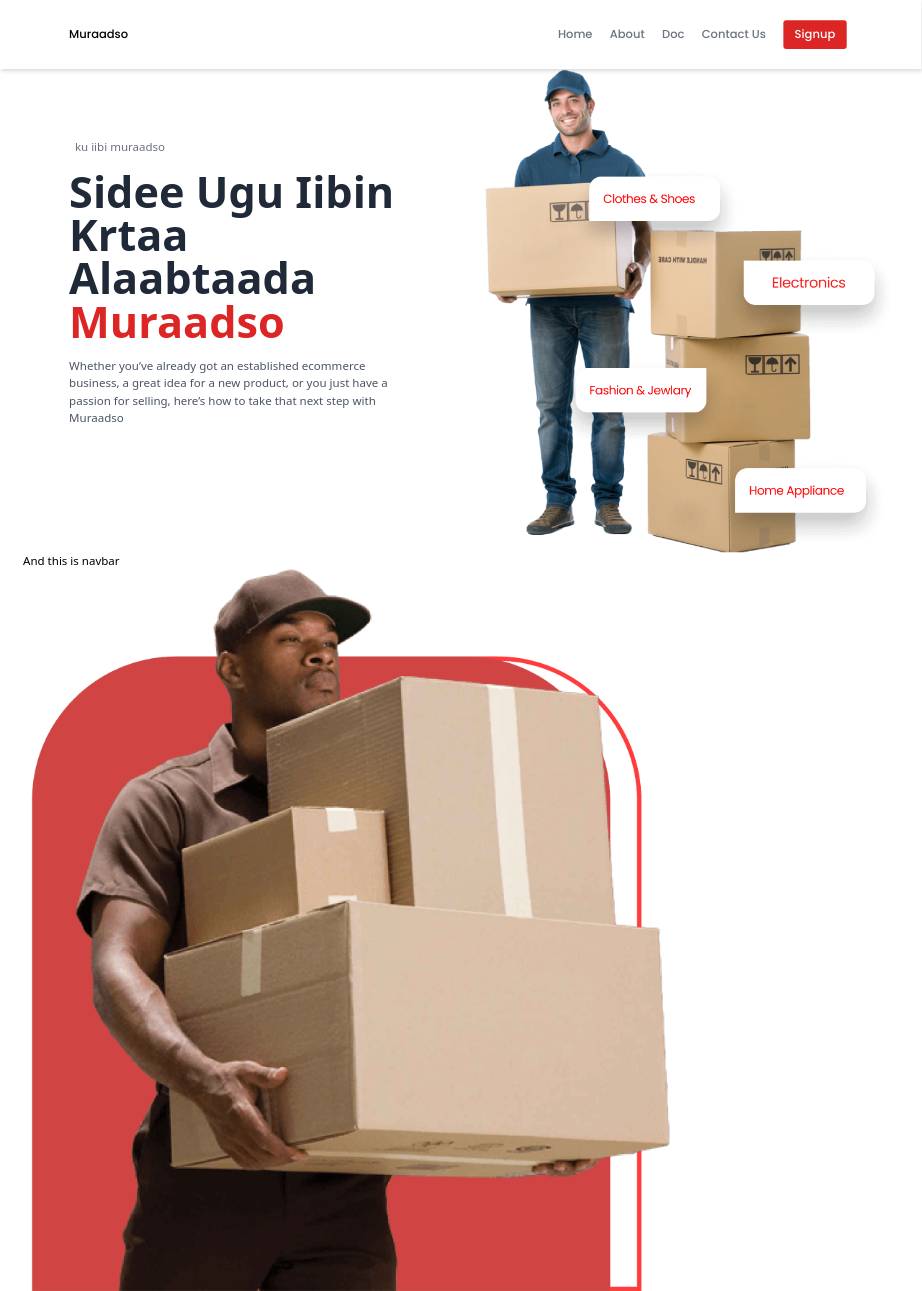
Repository: muraadso/Muraadso-Sellers
Page: /
An editor plug-in stored every save of this project. The page is shown before and after the next save, followed by the edit.
The browser window is 1280 px wide. The pictures show the whole page, at 72% of full size.
The project was rebuilt for these pictures with package versions that can differ from the ones it lists, and the page was loaded fresh each time. The framework's server and built-in components were replaced by stand-ins that run in the browser. Also part of the build but not shown: next.config.js.

Above is the page before, as saved 2021-12-05 19:33:02.

### pages/_app.js
import '../styles/globals.css'
 import 'tailwindcss/tailwind.css'
import { Layout } from '../components/Layout'


function MyApp({ Component, pageProps }) {
  return (
    <Layout>
      <Component {...pageProps} />
    </Layout>
  )
}

export default MyApp

### pages/index.js
import Head from 'next/head'
import Image from 'next/image'
import Navbar from '../components/Navbar'
import Hero from '../components/Hero'
import About from '../components/About'
import styles from '../styles/Home.module.css'


export default function Home() {
  return (
    <div className={styles.container}>
      <Head>
        <title>Muraadso Sellers</title>
        <meta name="description" content="Generated by create next app" />
        <link rel="icon" href="/favicon.ico" />
      </Head>
      <Hero />
      <About />
    </div>
  )
}

### styles/globals.css
@import url('https://fonts.googleapis.com/css2?family=Lato:ital,wght@0,300;0,400;0,700;0,900;1,700&family=Poppins:wght@200;300;400;500;600;700&display=swap');
html,
body {
  padding: 0;
  margin: 0;
}

a {
  color: inherit;
  text-decoration: none;
}

* {
  box-sizing: border-box;
}


.navbar {
  box-shadow: 2px 1px 7px rgba(0, 0, 0, 0.226);
  font-family: 'Poppins', sans-serif  ;
  font-weight: 500;

}
  .logo{
    font-family: 'Lato', sans-serif;
    font-weight: 700;
    color: rgb(233, 59, 59);
    font-size: 20px ;
  }

.nav{
}





@media screen and  (max-width: 415px){
  .nav{
    display: flex;
    color: blue;
    flex-direction: row;
  }
}




@tailwind base;
@tailwind components;
@tailwind utilities

### components/Layout.js
import Navbar from "./Navbar"
import Footer from "./Footer"

export const Layout = ({children}) => {
    return (
        <div className="layout">
            <Navbar />
                {children}
            <Footer />



        </div>
    )
}

### components/Navbar.jsx
import React, { useState } from "react";
import { HiOutlineMenuAlt2, HiOutlineMenuAlt3 } from "react-icons/hi";



export default function Navbar() {
  const [showNav, setShowNav] = useState(false);

  return (
    <nav className="sticky top-0 z-20 items-center justify-between bg-white px-14 md:px-24 md:py-5 navbar md:flex">
      <div className="flex items-center justify-between">
        <a href="#">
          <h2>Muraadso</h2>
        </a>


        {showNav ? (
          <HiOutlineMenuAlt3
            onClick={() => setShowNav(!showNav)}
            className="block w-10 h-10 p-2 cursor-pointer md:hidden"
          />
        ) : (
          <HiOutlineMenuAlt2
            onClick={() => setShowNav(!showNav)}
            className="block w-10 h-10 p-2 cursor-pointer md:hidden"
          />
        )}
      </div>

      <ul
        className={
          (showNav ? "left-0" : "-left-full") +
          " md:static fixed bottom-0 md:ml-24 top-14 md:flex md:space-x-6 items-center md:bg-transparent bg-white bg-opacity-90 md:w-auto w-10/12 md:text-gray-500 text-gray-800  md:space-y-0 space-y-5 p-2 transition-left nav"
        }
      >
        <a href="#"> Home</a>
        <a href="#"> About</a>
        <a href="#"> Doc</a>
        <a href="#"> Contact Us</a>
      <a className="px-4 py-2 text-white bg-red-600 rounded" href="">Signup</a>
      </ul>
    </nav>
  );
}

























// const Navbar = () => {
//     return (
//         <div>
//      <div className="sticky top-0 z-20 items-center justify-between bg-white md:flex navbar">
//          <a className="logo" href="#">Muraadso</a>
//          <nav className="fixed bottom-0 items-center w-10/12 p-2 space-y-5 text-white bg-gray-500 md:static top-12 md:flex md:space-x-7 md:bg-transparent bg-opacity-90 md:w-auto md:text-gray-500 md:space-y-0 transition-left nav">
//              <a className="hover:text-red-600" href="">Home</a>
//              <a className="hover:text-red-600" href="">About</a>
//              <a className="hover:text-red-600" href="">Doc</a>
//              <a className="hover:text-red-600" href="">Contact Us</a>
//          </nav>
//          <a href="#" className="px-4 py-2 text-white bg-red-600 rounded hover:bg-red-700 signup ">Signup</a>
//      </div>

//         </div>
//     )
// }

// export default Navbar

### components/Hero.jsx
const Hero = () => {
    return (
        <div className="grid grid-cols-2 hero">
                <div className="px-16 py-24 herotxt">
                    <h6 className="px-2 font-medium text-gray-500">ku iibi muraadso</h6>
                    <h1 className="my-5 md:font-bold md:text-gray-800 md:capitalize lg:text-6xl">sidee ugu iibin krtaa <br /> alaabtaada <span className="md:text-red-600">muraadso </span></h1>
                    <p className="text-gray-600" >Whether you’ve already got an established ecommerce business, a great idea for a new product, or you just have a passion for selling, here’s how to take that next step with Muraadso</p>
                </div>
                <div className="heroimg">
                    <img className="w-4/4 "  src="/images/heroimage.png" alt="heroimage" />
                </div>

        </div>
    )
}

export default Hero

### components/About.jsx

const About = () => {
    return (
        <div>
            <h2>And this is navbar</h2>
            <img src="/images/aboutimage.png" className="h-" alt="about image" />
        </div>
    )
}

export default About

### components/Footer.jsx
const Footer = () => {
    return (
        <div>
        </div>
    )
}

export default Footer

### tailwind.config.js
module.exports = {
   purge: ['./pages/**/*.{js,ts,jsx,tsx}', './components/**/*.{js,ts,jsx,tsx}'],
  darkMode: false, // or 'media' or 'class'
  theme: {
    extend: {
      transitionProperty: {
         'left': 'left',
        }
    },

  },
  variants: {
    extend: {},
  },
  plugins: [],
}

Loaded but not shown: pages/api/hello.js (common file); styles/Home.module.css (common file)

After the next save:
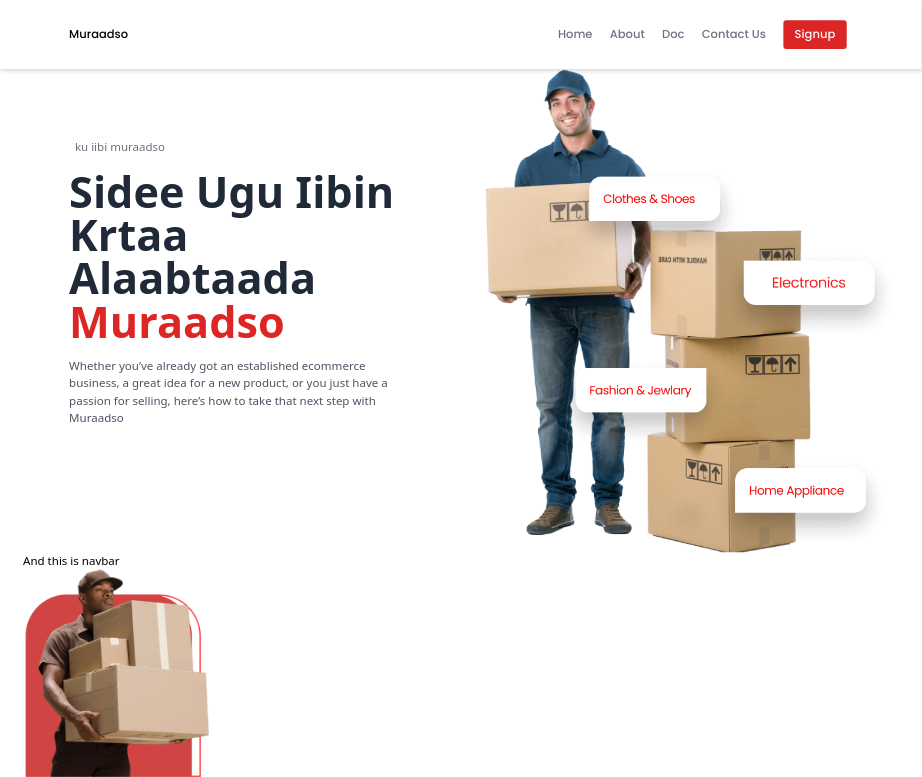
Saved 5 s later.
--- a/components/About.jsx
+++ b/components/About.jsx
@@ -3,7 +3,7 @@ const About = () => {
     return (
         <div>
             <h2>And this is navbar</h2>
-            <img src="/images/aboutimage.png" className="h-" alt="about image" />
+            <img src="/images/aboutimage.png" className="h-72" alt="about image" />
         </div>
     )
 }

After the save that followed:
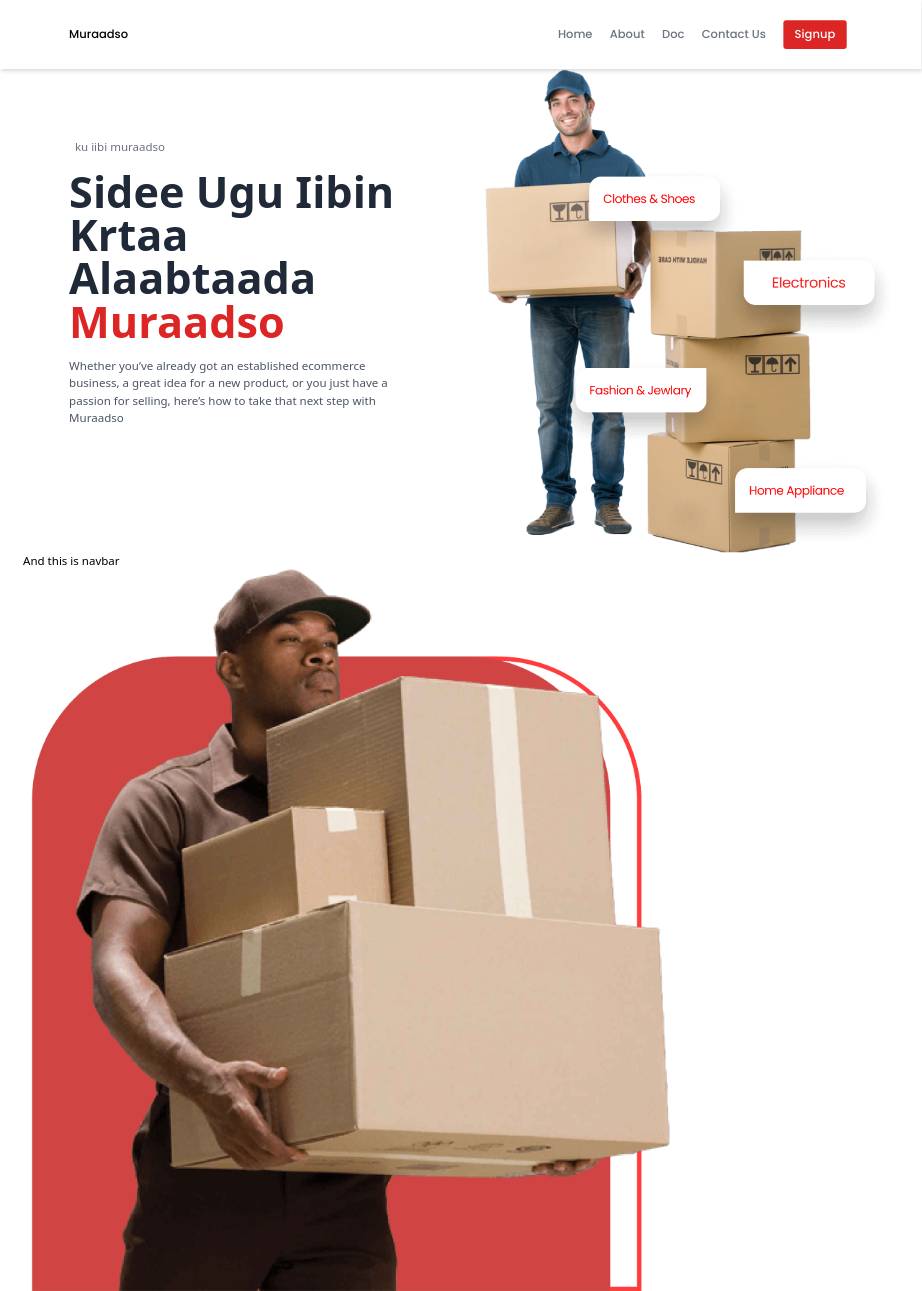
Saved 6 s later.
--- a/components/About.jsx
+++ b/components/About.jsx
@@ -3,7 +3,7 @@ const About = () => {
     return (
         <div>
             <h2>And this is navbar</h2>
-            <img src="/images/aboutimage.png" className="h-72" alt="about image" />
+            <img src="/images/aboutimage.png" className="h-" alt="about image" />
         </div>
     )
 }
